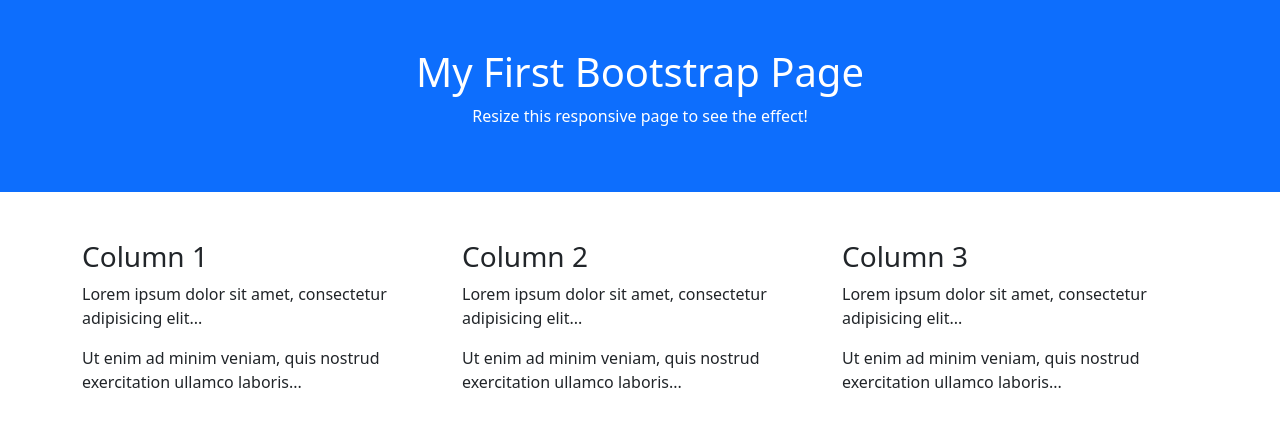
Repository: seoyeon0619/WebProgramming
Page: workspace1/myhome2/src/main/webapp/디자인/board_main.html
An editor plug-in stored every save of this project. The page is shown before and after the next save, followed by the edit.
The browser window is 1280 px wide. The pictures show the whole page.

Above is the page before, as saved 2022-12-30 00:31:21.

After the next save:
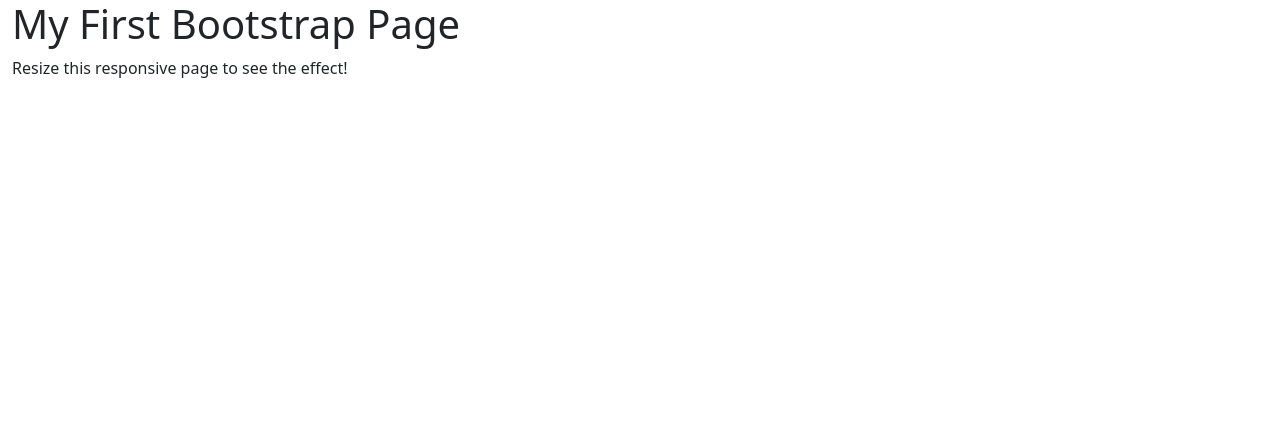
Saved 19 s later.
--- a/workspace1/myhome2/src/main/webapp/디자인/board_main.html
+++ b/workspace1/myhome2/src/main/webapp/디자인/board_main.html
@@ -9,30 +9,12 @@
 </head>
 <body>
 
-<div class="container-fluid p-5 bg-primary text-white text-center">
+<div class="container-fluid">
   <h1>My First Bootstrap Page</h1>
   <p>Resize this responsive page to see the effect!</p>
 </div>
 
-<div class="container mt-5">
-  <div class="row">
-    <div class="col-sm-4">
-      <h3>Column 1</h3>
-      <p>Lorem ipsum dolor sit amet, consectetur adipisicing elit...</p>
-      <p>Ut enim ad minim veniam, quis nostrud exercitation ullamco laboris...</p>
-    </div>
-    <div class="col-sm-4">
-      <h3>Column 2</h3>
-      <p>Lorem ipsum dolor sit amet, consectetur adipisicing elit...</p>
-      <p>Ut enim ad minim veniam, quis nostrud exercitation ullamco laboris...</p>
-    </div>
-    <div class="col-sm-4">
-      <h3>Column 3</h3>
-      <p>Lorem ipsum dolor sit amet, consectetur adipisicing elit...</p>
-      <p>Ut enim ad minim veniam, quis nostrud exercitation ullamco laboris...</p>
-    </div>
-  </div>
-</div>
+
 
 </body>
 </html>
